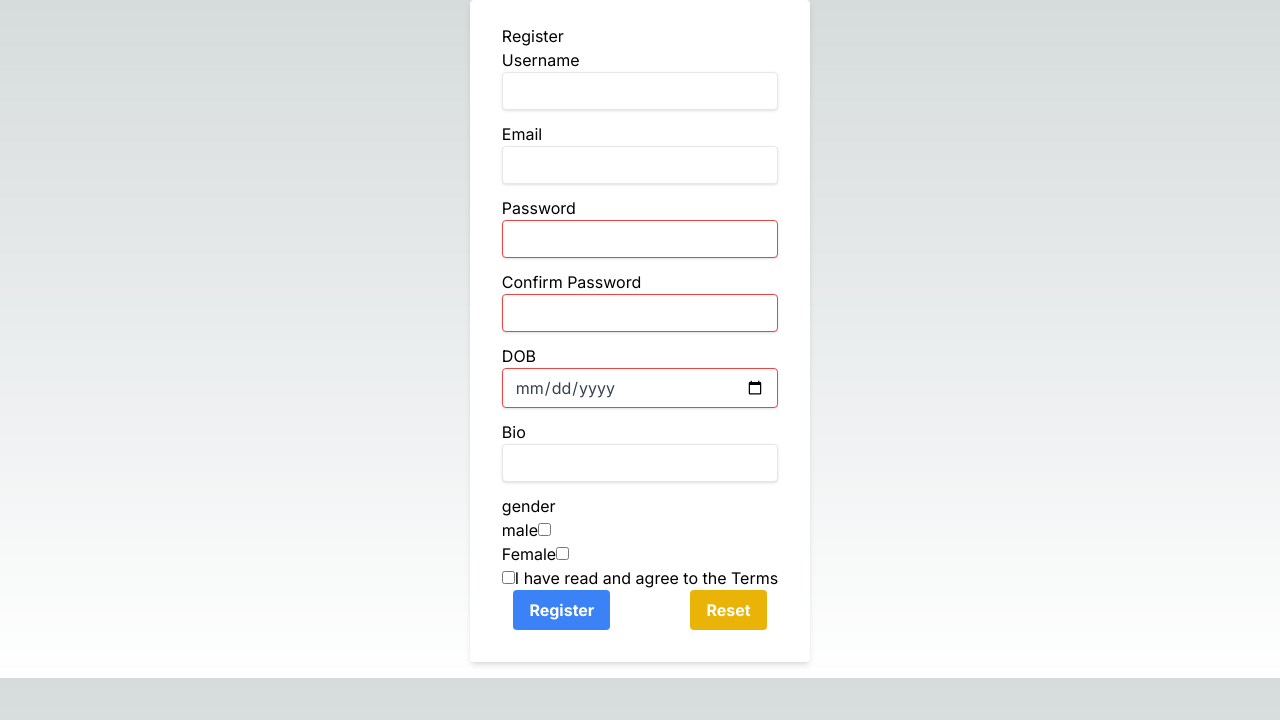
Repository: uh-sman/tiktok-card
Page: /
These files come from the project's save history. The page is drawn as it stood at one moment and after the next save; the edit follows.
The browser window is 1280 px wide. The pictures show the whole page.
The project was rebuilt for these pictures with package versions that can differ from the ones it lists, and the page was loaded fresh each time. The framework's server and built-in components were replaced by stand-ins that run in the browser. Also part of the build but not shown: next.config.js.

Above is the page before, as saved 2023-12-19 14:24:32.

After the next save:
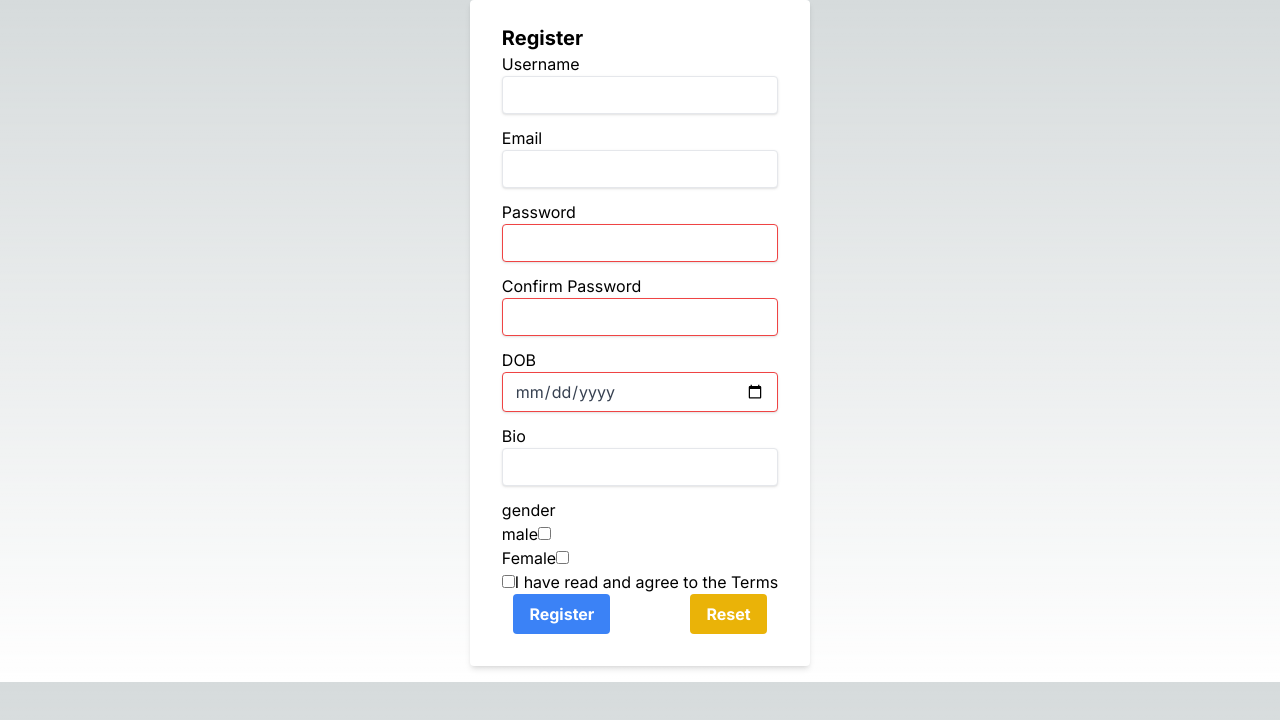
Saved 18 s later.
--- a/app/components/AuthForm.tsx
+++ b/app/components/AuthForm.tsx
@@ -23,7 +23,7 @@ const AuthForm: React.FC = () => {
         <div className="flex justify-center">
             <div className="flex justify-center w-full max-w-xxl">
         <form className="bg-white shadow-md rounded px-8 pt-6 pb-8 mb-4" onSubmit={handleSubmit(onSubmit)}>
-        <h2>Register</h2>
+        <h2 className="font-bold text-xl">Register</h2>
           <div className="flex flex-col">
             <label>Username</label>
             <input
